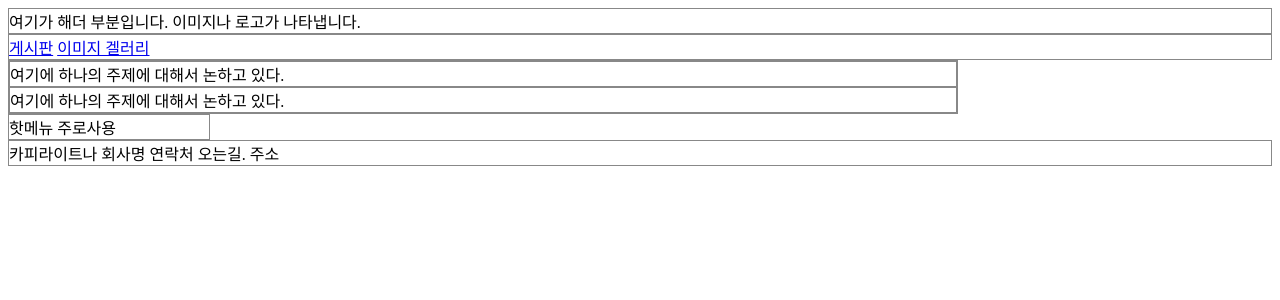
Repository: seokku/java2
Page: workspace/web/ch02basic/WebContent/semantic.html
An editor plug-in stored every save of this project. The page is shown before and after the next save, followed by the edit.
The browser window is 1280 px wide. The pictures show the whole page.

Above is the page before, as saved 2021-02-15 07:35:48.

### workspace/web/ch02basic/WebContent/semantic.html
<!DOCTYPE html>
<html>
<head>
<meta charset="UTF-8">
<title>Insert title here</title>
<style type="text/css">
header, nav, section, article, aside, footer{
/* 	div를 구분해서 의미 있는 공간을 만들어서 사용하기 */
	border: 1px double #888;
}

aside{
width: 200px;
}
section{
 width: 75%;
}
</style>
</head>
<body>
<header>여기가 해더 부분입니다. 이미지나 로고가 나타냅니다.</header>
<nav>
	<a href="../board/list.jsp">게시판</a> <a href="../image/list.jsp">이미지 겔러리</a>
</nav>
<section>
	<article>여기에 하나의 주제에 대해서 논하고 있다.</article>
	<article>여기에 하나의 주제에 대해서 논하고 있다.</article>
</section>
<aside>핫메뉴 주로사용</aside>
<footer>
	카피라이트나 회사명 연락처 오는길. 주소
</footer>
</body>
</html>

After the next save:
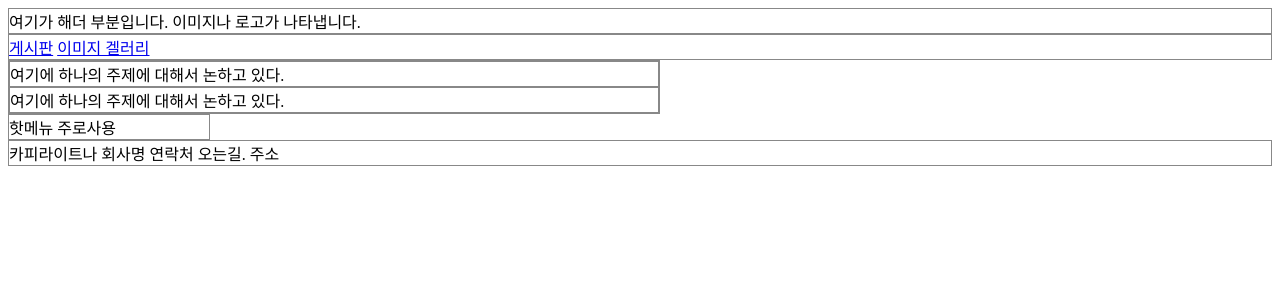
Saved 28 s later.
--- a/workspace/web/ch02basic/WebContent/semantic.html
+++ b/workspace/web/ch02basic/WebContent/semantic.html
@@ -13,7 +13,7 @@ aside{
 width: 200px;
 }
 section{
- width: 75%;
+ width: 650px;
 }
 </style>
 </head>
